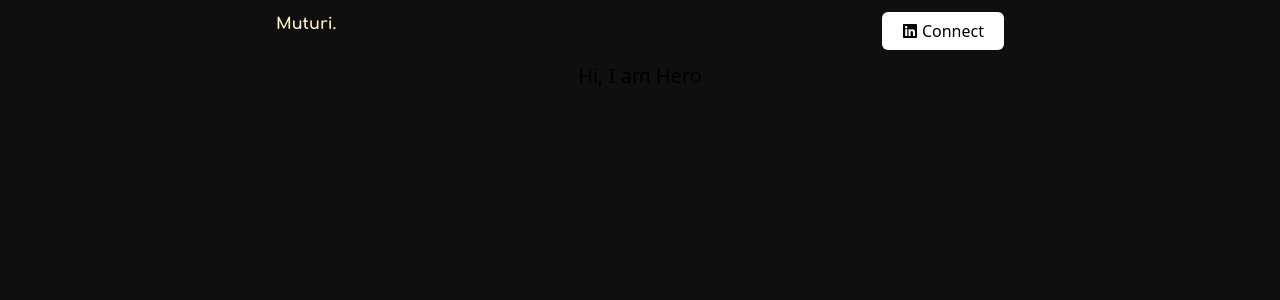
Repository: tushcmd/tushdev-portfolio
Page: /
An editor plug-in stored every save of this project. The page is shown before and after the next save, followed by the edit.
The browser window is 1280 px wide. The pictures show the whole page.
The project was rebuilt for these pictures with package versions that can differ from the ones it lists, and the page was loaded fresh each time. The framework's server and built-in components were replaced by stand-ins that run in the browser. Also part of the build but not shown: next.config.js.

Above is the page before, as saved 2023-12-13 14:23:48.

### app/layout.tsx
import type { Metadata } from 'next'
import { Inter } from 'next/font/google'
import './globals.css'

const inter = Inter({ subsets: ['latin'] })

export const metadata: Metadata = {
  title: 'Muturi | Software Engineer',
  description: 'This is my Portfolio',
}

export default function RootLayout({
  children,
}: {
  children: React.ReactNode
}) {
  return (
    <html lang="en">
      <head>
        <link rel="icon" href="./public/favicon.ico" />
      </head>
      <body className={`{inter.className} bg-primary w-full overflow-hidden`} >{children}</body>
    </html>
  )
}

### app/page.tsx
import Navbar from '@/app/ui/nav';
import Hero from '@/app/ui/hero';
import styles from './ui/styles';

export default function Page() {
  return (
    <main>
      <Navbar />
      <Hero />
    </main>
  );
}

//<div className='w-full flex items-center'>
//<div className={`${styles.flexCenter} px-[12px] py-[20]`}>
//<div className={`${styles.boxWidth}`}>
//<Navbar />
//</div>
//</div>
//

### app/ui/nav.tsx
import Link from 'next/link';
import { comfortaa } from '@/app/ui/fonts';

export default async function Navbar() {
  return (
    <div className='flex justify-center items-center'>
      <div className='flex items-start md:max-w-3xl py-3 w-full md:px-5 px-5 justify-between'>
        <Link
          href='/'
          className={`${comfortaa.className} antialiased font-bold text-base text-logo`}
        >
          Muturi<span>.</span>
        </Link>
        <div className='flex items-center gap-2'>
          <a
            href='https://www.linkedin.com/in/yazdun-fadali/'
            target='_blank'
            rel='_noreferrer'
            className='flex items-center gap-1 md:hover:bg-slate-200 rounded-md px-5 bg-white text-black font-medium py-[0.45rem]'
          >
            <svg
              stroke='currentColor'
              fill='currentColor'
              stroke-width='0'
              viewBox='0 0 448 512'
              className='mt-[0.03rem]'
              height='1em'
              width='1em'
              xmlns='http://www.w3.org/2000/svg'
            >
              <path d='M416 32H31.9C14.3 32 0 46.5 0 64.3v383.4C0 465.5 14.3 480 31.9 480H416c17.6 0 32-14.5 32-32.3V64.3c0-17.8-14.4-32.3-32-32.3zM135.4 416H69V202.2h66.5V416zm-33.2-243c-21.3 0-38.5-17.3-38.5-38.5S80.9 96 102.2 96c21.2 0 38.5 17.3 38.5 38.5 0 21.3-17.2 38.5-38.5 38.5zm282.1 243h-66.4V312c0-24.8-.5-56.7-34.5-56.7-34.6 0-39.9 27-39.9 54.9V416h-66.4V202.2h63.7v29.2h.9c8.9-16.8 30.6-34.5 62.9-34.5 67.2 0 79.7 44.3 79.7 101.9V416z'></path>
            </svg>
            Connect
          </a>
        </div>
      </div>
    </div>
  );
}

### app/ui/hero.tsx
import { opensans } from '@/app/ui/fonts'


export default async function Hero() {
    return (
        <div className="relative isolate z-0 flex justify-center items-center">
            <div className="flex flex-col items-start md:max-w-3xl">
                <p className={`{opensans.className} text-xl`}>Hi, I am Hero </p>
            </div>
        </div>
    );
}

### app/ui/fonts.ts
import { Inter, Comfortaa, Open_Sans } from 'next/font/google';

export const inter = Inter({ subsets: ['latin'] });

export const comfortaa = Comfortaa({
  weight: ['400', '700'],
  subsets: ['latin'],
});

export const opensans = Open_Sans({
    weight: ['300', '400', '500', '600', '700', '800'],
    subsets: ['latin']
});

### tailwind.config.ts
import type { Config } from 'tailwindcss'

const config: Config = {
  content: [
    './pages/**/*.{js,ts,jsx,tsx,mdx}',
    './components/**/*.{js,ts,jsx,tsx,mdx}',
    './app/**/*.{js,ts,jsx,tsx,mdx}',
  ],
  theme: {
    extend: {
      colors: {
        primary: "#0F0F0F",
        heading: "#FFFFFF",
        logo: "#FFF0C1",
        dimGray: "D1D5DB",
        iconBg: '#9CA3AF',
        iconText: '202020',
      },
      screens: {
        sm: '480px',
        md: '768px',
        lg: '976px',
        xl: '1440px',
      },
    },
  },
  plugins: [],
}
export default config

Loaded but not shown: app/globals.css (common file)

After the next save:
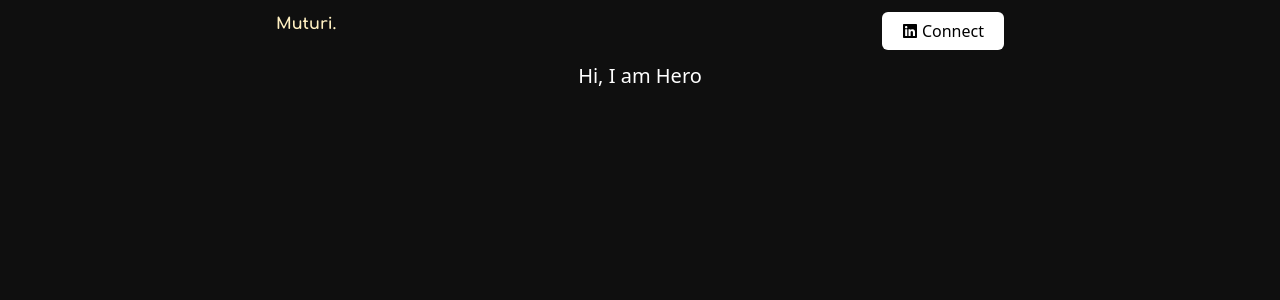
Saved 32 s later.
--- a/app/ui/hero.tsx
+++ b/app/ui/hero.tsx
@@ -5,7 +5,7 @@
     return (
         <div className="relative isolate z-0 flex justify-center items-center">
             <div className="flex flex-col items-start md:max-w-3xl">
-                <p className={`{opensans.className} text-xl`}>Hi, I am Hero </p>
+                <p className={`{opensans.className} text-xl text-white`}>Hi, I am Hero </p>
             </div>
         </div>
     );
